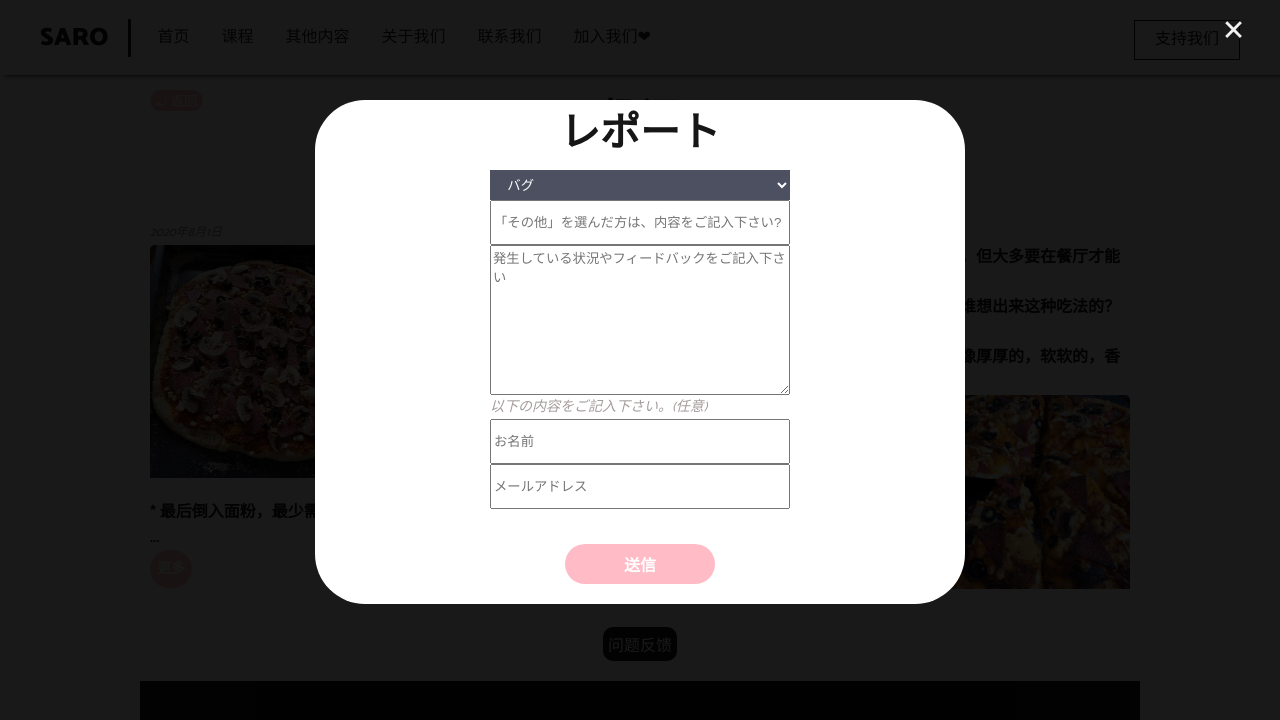
Repository: michalskirobert/SARO
Page: ch/stuff/curiosities.html
An editor plug-in stored every save of this project. The page is shown before and after the next save, followed by the edit.
The browser window is 1280 px wide. The pictures show the window.
After loading, the first visible `button.report` was clicked once.
A layer covers the whole window, so only the first screen is drawn. Some web libraries are served in a nearby version.

Above is the page before, as saved 2020-11-07 13:23:09.

### ch/stuff/curiosities.html
<!DOCTYPE html>
<html lang="zh">

<head>
    <meta charset="UTF-8">
    <meta name="description"
        content="大家好，我们是SARO。这个网站主要是为想要学习波兰语的朋友而建设。 网站的主要语言是英语，但我们也加入了日语和韩语。
        SARO的名字来源于日本名“Saki”（沙季）和Robert. Saki（日本人）和Robert（波兰人）是一对未婚夫妇，他们在这个网站努力
        分享他们的知识。">
    <meta name="keywords"
        content="波兰语, 波兰语学习, 如何学习波兰语, 波兰, 波兰食品, 波兰语课, 华沙, Polish lessons, Polish lessons online, online, lessons online, Polish online, free Polish lessons, polish lessons, Polska, polskie lekcje, lekcje języka polskiego, przepisy, recipes, recipe, polish foods recipe, recipes of Polish foods, żurek, naleśniki, gołąbki, żurek recipe, naleśniki recipe, gołąbki recipe, Polish cabbage rolls recipe, Polish free lessons, how to learn Polish, where to learn Polish, przypadki, polish declensions, how to make Polish words, how to make Polish sentences, SARO, SARO Polish lessons for free, SARO Polish, saro Polish lessons, Polish, Poland, Polska, polski, język polski, Polish hangman, saro, course, online, courses, english, japanese, Polish, Polish lessons, Polish curiosities, Polish tradition, Saro Polish langauge lessons online, Polish grammar, Polish media, Polish movies, Polish music, Polish foods, Polish food, pierogi, naleśniki, the best website for studying Polish, Polish lessons, Polish dictionary, Saro, Sa, Ro, Saki, Robert, Polish pronunciation, how to speak Polish, Warszawa, Warsaw, Wrocław, Wroclaw, Gdańsk, Polish cases, przypadki, Polish ortography, Polish culture, Polish traditions">
    <meta name="author" content="Robert Michalski">
    <meta name="viewport" content="width=device-width, initial-scale=1.0">
    <meta property="og:site_name" content="Saro.Website with free Polish lessons" />
    <meta property="og:url" content="www.saro.website" />
    <meta property="og:type" content="website" />
    <meta name="title" property="og:title" content="Saro.Website with free Polish lessons" />
    <meta name="image" property="og:image" content="https://saro.website/assets/img/bg/header-banner.jpg" />
    <meta property="og:image:type" content="image/png">
    <meta property="og:image:width" content="1024">
    <meta property="og:image:height" content="1024">
    <script defer src="https://saro.website/assets/js/cookie.js"></script>
    <script data-ad-client="ca-pub-5704095251892500" defer
        src="https://pagead2.googlesyndication.com/pagead/js/adsbygoogle.js"></script>
    <link rel="stylesheet" href="./../../assets/style/css/style.css">
    <title>Welcome to SARO - 趣闻</title>
</head>

<body>
    <header>
        <a href="https://saro.website" class="header-brand">SARO</a>
        <nav>
            <button class="hamburger" aria-expanded="false">
                <div class="bar"></div>
                <div class="bar"></div>
                <div class="bar"></div>
            </button>
            <ul class="nav__desktop">
                <li><a class="nav" href="./../index.html">首页</a></li>
                <li><a class="nav" href="./../lessons.html">课程</a></li>
                <li><a class="nav" href="./index.html">其他内容</a></li>
                <li><a class="nav" href="./../about.html">关于我们</a></li>
                <li><a class="navs" href="./../contact.html">联系我们</a></li>
                <li><a class="nav" href="./../join/">加入我们❤</a></li>
            </ul>
            <a href="./../support_us.html" class="header-cases">支持我们</a>
        </nav>
        <ul class="nav-list">
            <li><a href="./../index.html" class="header-brand--after">SARO</a></li>
            <li><a class="nav-links" href="./../index.html">首页</a></li>
            <li><a class="nav-links" href="./../lessons.html">课程</a></li>
            <li><a class="nav-links" href="./index.html">其他内容</a></li>
            <li><a class="nav-links" href="./../about.html">关于我们</a></li>
            <li><a class="nav-links" href="./../contact.html">联系我们</a></li>
            <li><a class="nav-links" href="./../join/">加入我们❤</a></li>
            <li><a class="nav-links" href="./../support_us.html">支持我们❤</a></li>
        </ul>
        <script src="./../../assets/js/menu.js"></script>
    </header>
    <main>
        <button class="back" onclick="goBack()">返回</button>
        <section class="content">
            <div class="wrapper">
                <h1>趣闻</h1>
                <article>
                    <script src="https://ajax.googleapis.com/ajax/libs/jquery/2.1.1/jquery.min.js"></script>
                    <div class="content">
                        <h2>披萨加番茄酱？</h2>
                        <p class="data"> 2020年8月1日</p>
                        <img src="./../../assets/img/articles/curiosities/01.08.2020/pizzaZKetchupem.jpg" alt="Pizza"
                            class="myImg image-left__center">
                        <p>最有名的披萨是超薄披萨，配上好的橄榄油。而在波兰你也可以吃到这样的披萨，但大多要在餐厅才能吃到。<br>
                            那么波兰人在家里会吃做哪种披萨吃呢？那披萨蘸蕃茄酱的吃法从哪里来的呢？谁想出来这种吃法的？谁
                            会想要在超薄披萨上加上那么多的番茄酱啊？<br>
                            薄披萨饼？并不在波兰流行！在很多波兰人家里，一般都是做厚披萨饼的，比较像厚厚的，软软的，香喷喷的意大
                            利面包。做这样的饼比较花时间，但做出来很好吃。</p>
                            <img src="./../../assets/img/articles/curiosities/01.08.2020/pizzaMrozonja.jpg"
                                alt="Pizza with ketchup" class="myImg image-right__center">
                            <b>最佳配方:</b>
                           <p>* 放入一整小包酵母，加入100ml温水，还有一点点糖，让酵母发挥出做好的发酵作用。<br>
                            * 然后加入一点点牛奶着色，让它变得白一点，还有橄榄油和盐。<br>
                            * 最后倒入面粉，最少需要500克，直到它变得黏黏的。为了能让饼足够软，要让它发酵
                            上几个小时。<br>
                            <span class="dots">...</span></p>
                        <div class="more">
                            <img src="./../../assets/img/articles/curiosities/01.08.2020/finalPizza.jpg"
                                alt="Pizza with Ketchup" class='myImg image-left__center'>
                            <p>当你把披萨饼放在盘子里时，你可以放一层番茄酱和你喜欢的食物在上面。因为披萨饼很够，所以你可以放很
                                多东西。披萨饼很厚很软但是会有点干，披萨饼上的食物占了1/3，其他就只是饼，也许这就是为什么波兰人
                                会放各种酱料在上面。披萨配大蒜酱和蕃茄酱是最多的。
                            </p>
                            <b>Zapiekanka</b>
                            <img src="./../../assets/img/articles/curiosities/01.08.2020/zapiekanka.jpg"
                                alt="Zapiekanka z grzybami" class="myImg image-right__center">
                            <p>我们还有波兰披萨！很好吃，通常是搭配番茄酱和芥末酱。我认为老人们喜欢搭配蕃茄酱还因为只有用了蕃茄酱才
                                是波兰传统披萨“zapiekanka”。 <br>
                                通常如果在家里没什么可以吃的，我们就会做“zapiakanka” ！😅<br>
                                在食物那一栏里，我们很快会加上“Zapiekanka”的配方。 <br>
                                现在我可以告诉你一个简单的制作方法，让你在家就可以做！<br>
                                切2片面包，铺一些黄油在上面，然后放一些食物在上面。<br>
                                一般来说我们做的zapiekanka会用蘑菇，或者火腿肉。推荐你这样先试着做一下:) <br>
                                放上火腿肉，芝士，撒上黑胡椒粉，然后在烤箱里烤个5分钟左右。（记得预热到200度）Smacznego（波兰语-请享用）!
                                好了，放一些番茄酱就可以吃啦:)
                            </p>
                            <div class="sign">
                                <p class="sign--person">编辑</span>
                                    <a href="../about.html" target="_blank">@Justyna & Robert</a>
                            </div>
                        </div>
                        <button class="button__default">更多</button>
                    </div>
                    <div class="reportButton">
                        <button class="report" onclick="report()">问题反馈</button>
                    </div>
            </div>
            <div id="myModal" class="modal">

                <!-- The Close Button -->
                <span class="close">&times;</span>

                <!-- Modal Content (The Image) -->
                <img class="modal-content" id="img01">

                <!-- Modal Caption (Image Text) -->
                <div id="caption"></div>
            </div>
            </article>
            </div>
            <script src="./../../assets/js/gallery.js"></script>
            <script src="./../../assets/js/readMore.js"></script>
            <script src="./../../assets/js/report.js"></script>
            <div id="reportWindow"></div>
        </section>
    </main>
    <div class="wrapper">
        <footer>
            <ul>
                <li><a href="../index.html">主页</a></li>
                <li><a href="../lessons.html">课程</a></li>
                <li><a href="./index.html">其他内容</a></li>
                <li><a href="../about.html">关于我们</a></li>
                <li><a href="../contact.html">联系我们</a></li>
                <li><a href="../support_us.html">支持我们</a></li>
                <li><a href="../join/">加入我们❤</a></li>
            </ul>
            <div class="footer-links-cases">
                <label for="language" class="language">语言：</label><br>
                <div class="custom-select">
                    <select id="language" onchange="window.location=this.options[this.selectedIndex].value">
                        <option value="" disabled selected>中文</option>
                        <option value="https://saro.website/stuff/curiosities.html">English</option>
                        <option value="https://saro.website/jp/stuff/curiosities.html">日本語</option>
                        <option value="https://saro.website/kr/stuff/curiosities.html">한국어</option>
                        <option value="https://saro.website/vi/stuff/curiosities.html">Tiếng Việt</option>
                    </select>
                    <span class="custom-arrow"></span>
                </div>
            </div>
            <div class="footer-sm">
                <a href="https://www.youtube.com/channel/UCfmBNdamq_Z70lFx-m4wpWA" target="_blank"><img
                        src="./../../assets/img/icons/YouTube1.png" alt="YouTube icon"></a>
                <a href="https://www.instagram.com/sarowebsite/" target="_blank"><img
                        src="./../../assets/img/icons/Instagram.png" alt="Instagram icon"></a>
                <a href="https://www.facebook.com/SARO-Free-Polish-Lessons-106067287815397" target="_blank"><img
                        src="./../../assets/img/icons/Facebook.png" alt="Facebook icon"></a>
            </div>
        </footer>
    </div>
</body>

</html>

### assets/js/report.js
//reportJS by Robert Michalski

function report() {
  var reportWindow = document.getElementById("reportWindow");
  var pageName = window.location.pathname;
  var language = document.getElementsByTagName("html");

  for (var i = 0; i < language.length; i++) {
    if (language[i].lang === "en") {
      var codeBlock = `
    <div class="report__base" id="myReport">
    <span id="close" onclick="showOld()">&times;</span>
    <div class="report__content" id="report01">
    <h3>Report page</h3>
    <form method="post" action="https://saro.website/report.php" class="report__form">
    <input name="language" id="language" value="${language[i].lang}" style="display: none;">
    <input name="page" id="page" value="${pageName}" style="display: none;">
    <input name="lang" id="lang" value="English" style="display: none;">
    <select name="category" id="category" required>
    <option value="Bug">Bug</option>
    <option value="Page does not work">Page does not work</option>
    <option value="Problem with displying">Page displays incorrectly</option>
    <option value="other">Other</option></select>
    <input type="text" name="other" id="other" class="issue" placeholder="if other, what is it?">
    <textarea name="describe" id="describe" cols="30" rows="10" placeholder="Describe your issue or feedback here" required></textarea>
    <i>*Additional informations name, email are not requested</i>
    <div class="form__label__left">
    <input type="text" name="name" id="name" class="issue" placeholder="Name">
    <input type="email" name="email" id="email" class="issue" placeholder="Email">
    <input type="submit" class="button__black" value="Send">
    </form>
    </div>
    </div>
    </div>`;
    } else if (language[i].lang === "ja") {
      var codeBlock = `
    <div class="report__base" id="myReport">
    <span id="close" onclick="showOld()">&times;</span>
    <div class="report__content" id="report01">
    <h3>レポート</h3>
    <form method="post" action="https://saro.website/report.php" class="report__form">
    <input name="language" id="language" value="${language[i].lang}" style="display: none;">
    <input name="page" id="page" value="${pageName}" style="display: none;">
    <input name="lang" id="lang" value="Japanese" style="display: none;">
    <select name="category" id="category" required>
    <option value="Bug">バグ</option>
    <option value="Page does not work">ページがうまく動かない</option>
    <option value="Problem with displying">指定したページが一致しな</option>
    <option value="other">その他</option></select>
    <input type="text" name="other" id="other" class="issue" placeholder="「その他」を選んだ方は、内容をご記入下さい?">
    <textarea name="describe" id="describe" cols="30" rows="10" required placeholder="発生している状況やフィードバックをご記入下さい"></textarea>
    <i>以下の内容をご記入下さい。(任意)</i>
    <input type="text" name="name" id="name" class="issue" placeholder="お名前">
    <input type="email" name="email" id="email" class="issue" placeholder="メールアドレス">
    <input type="submit" class="button__black" value="送信">
    </form>
    </div>
    </div>`;
    } else if (language[i].lang === "zh") {
      var codeBlock = `
    <div class="report__base" id="myReport">
    <span id="close" onclick="showOld()">&times;</span>
    <div class="report__content" id="report01">
    <h3>レポート</h3>
    <form method="post" action="https://saro.website/report.php" class="report__form">
    <input name="language" id="language" value="${language[i].lang}" style="display: none;">
    <input name="page" id="page" value="${pageName}" style="display: none;">
    <input name="lang" id="lang" value="Japanese" style="display: none;">
    <select name="category" id="category" required>
    <option value="Bug">バグ</option>
    <option value="Page does not work">ページがうまく動かない</option>
    <option value="Problem with displying">指定したページが一致しな</option>
    <option value="other">その他</option></select>
    <input type="text" name="other" id="other" class="issue" placeholder="「その他」を選んだ方は、内容をご記入下さい?">
    <textarea name="describe" id="describe" cols="30" rows="10" required placeholder="発生している状況やフィードバックをご記入下さい"></textarea>
    <i>以下の内容をご記入下さい。(任意)</i>
    <input type="text" name="name" id="name" class="issue" placeholder="お名前">
    <input type="email" name="email" id="email" class="issue" placeholder="メールアドレス">
    <input type="submit" class="button__black" value="送信">
    </form>
    </div>
    </div>`;
    }

    reportWindow.innerHTML = codeBlock;
  }
}

function showOld() {
  document.getElementById("myReport").style.display = "none";
}

Loaded but not shown: assets/js/readMore.js (56 lines, source omitted); assets/style/css/style.css (4313 lines, source omitted); assets/js/gallery.js (no copy from this time; the picture is the same without it); assets/js/menu.js (no copy from this time; the picture is the same without it)

After the next save:
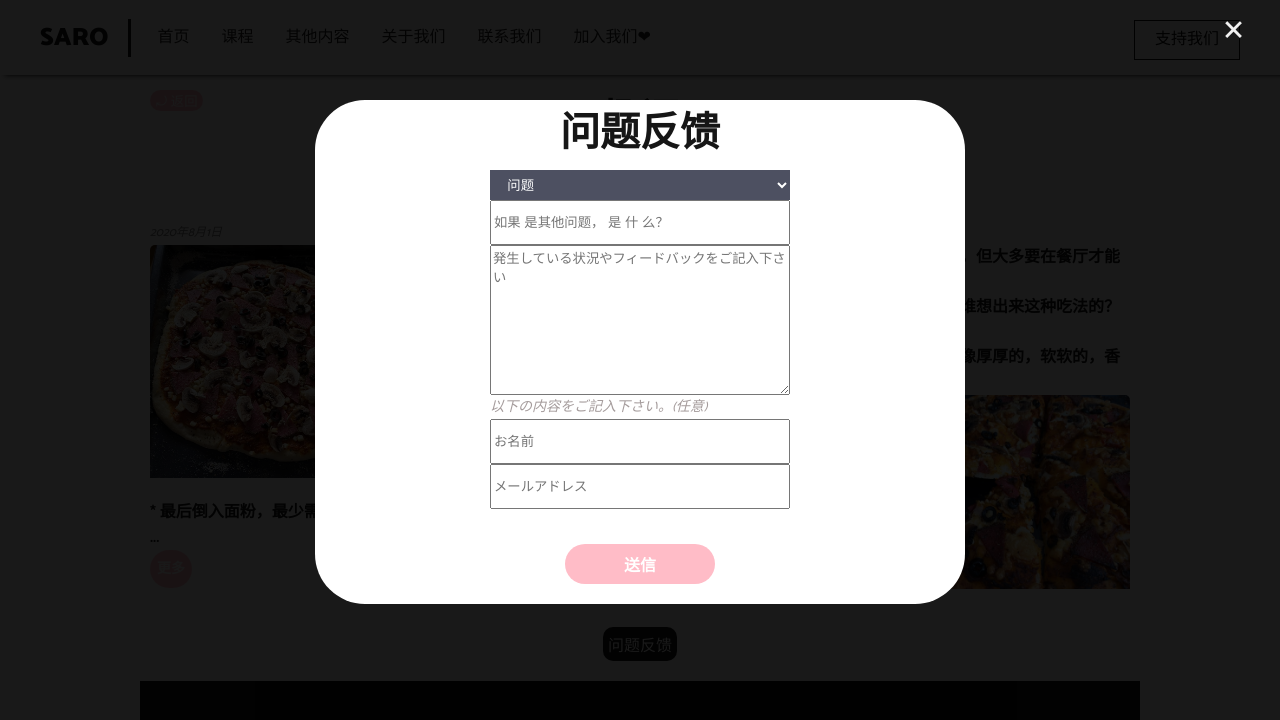
Saved 16 min 49 s later.
--- a/assets/js/report.js
+++ b/assets/js/report.js
@@ -61,17 +61,17 @@ function report() {
     <div class="report__base" id="myReport">
     <span id="close" onclick="showOld()">&times;</span>
     <div class="report__content" id="report01">
-    <h3>レポート</h3>
+    <h3>问题反馈</h3>
     <form method="post" action="https://saro.website/report.php" class="report__form">
     <input name="language" id="language" value="${language[i].lang}" style="display: none;">
     <input name="page" id="page" value="${pageName}" style="display: none;">
-    <input name="lang" id="lang" value="Japanese" style="display: none;">
+    <input name="lang" id="lang" value="Chinese" style="display: none;">
     <select name="category" id="category" required>
-    <option value="Bug">バグ</option>
-    <option value="Page does not work">ページがうまく動かない</option>
-    <option value="Problem with displying">指定したページが一致しな</option>
-    <option value="other">その他</option></select>
-    <input type="text" name="other" id="other" class="issue" placeholder="「その他」を選んだ方は、内容をご記入下さい?">
+    <option value="Bug">问题</option>
+    <option value="Page does not work">页面 没 有 反应</option>
+    <option value="Problem with displying">页面 显示 错误</option>
+    <option value="other">其他</option></select>
+    <input type="text" name="other" id="other" class="issue" placeholder="如果 是其他问题， 是 什 么？">
     <textarea name="describe" id="describe" cols="30" rows="10" required placeholder="発生している状況やフィードバックをご記入下さい"></textarea>
     <i>以下の内容をご記入下さい。(任意)</i>
     <input type="text" name="name" id="name" class="issue" placeholder="お名前">
